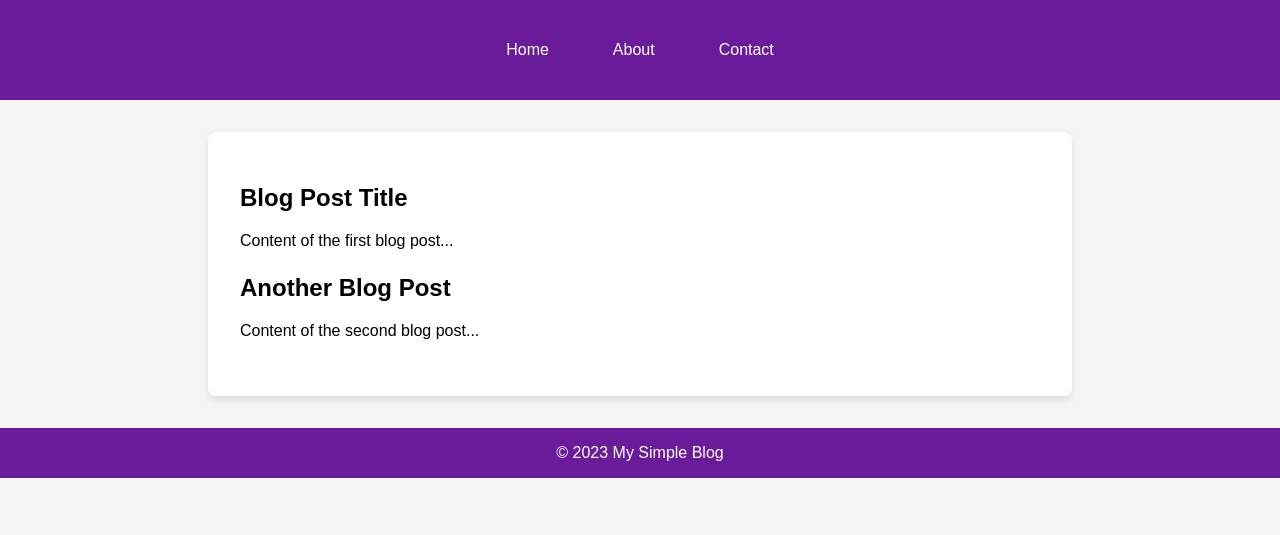
Repository: Femi007-gh/BLOG
Page: index.html
The author's editor kept a copy of each file at every save. The page is drawn from the files as they stood at one save, then again after a run of saves.
The browser window is 1280 px wide. The pictures show the whole page.

Above is the page before, as saved 2025-01-08 09:17:00.

### index.html
<html>
  <head>
    <title>My Blog</title>
    <link rel="stylesheet" href="style.css">
  </head>
  <body>
    <header>

    </header>
    <nav>
      <ul>
        <li><a href="#">Home</a></li>
        <li><a href="#">About</a></li>
        <li><a href="#">Contact</a></li>
      </ul>
    </nav>
    <div class="container">
      <div class="blog-post">
        <h2>Blog Post Title</h2>
        <p>Content of the first blog post...</p>
      </div>
      <div class="blog-post">
        <h2>Another Blog Post</h2>
        <p>Content of the second blog post...</p>
      </div>
    </div>
    <footer>
      &copy; 2023 My Simple Blog
    </footer>
  </body>
  </html>

### style.css
body {
  margin: 0;
  font-family: Arial, sans-serif;
  background-color: #f5f5f5;
}

nav {
  background-color: #6a1b9a;
  height: 100px;
  display: flex;
  flex-direction: column;
  justify-content: center;
  align-items: center;
  color: white;
}

ul {
  list-style: none;
  margin: 0;
  padding: 0;
  display: flex;
  justify-content: center;
}

li {
  margin: 0 1rem;
}

a {
  color: white;
  text-decoration: none;
  font-family: Arial, sans-serif;
  padding: 0.5rem 1rem;
  display: block;
}

a:hover {
  background-color: #4a148c;
  border-radius: 4px;
}

.container {
  margin: 2rem auto;
  max-width: 800px;
  background-color: white;
  border-radius: 8px;
  padding: 2rem;
  box-shadow: 0 4px 8px rgba(0, 0, 0, 0.1);
}

.blog-post {
  margin-bottom: 1.5rem;
}

footer {
  background-color: #6a1b9a;
  color: white;
  text-align: center;
  padding: 1rem 0;
  margin-top: 2rem;
}

After the next 4 saves:
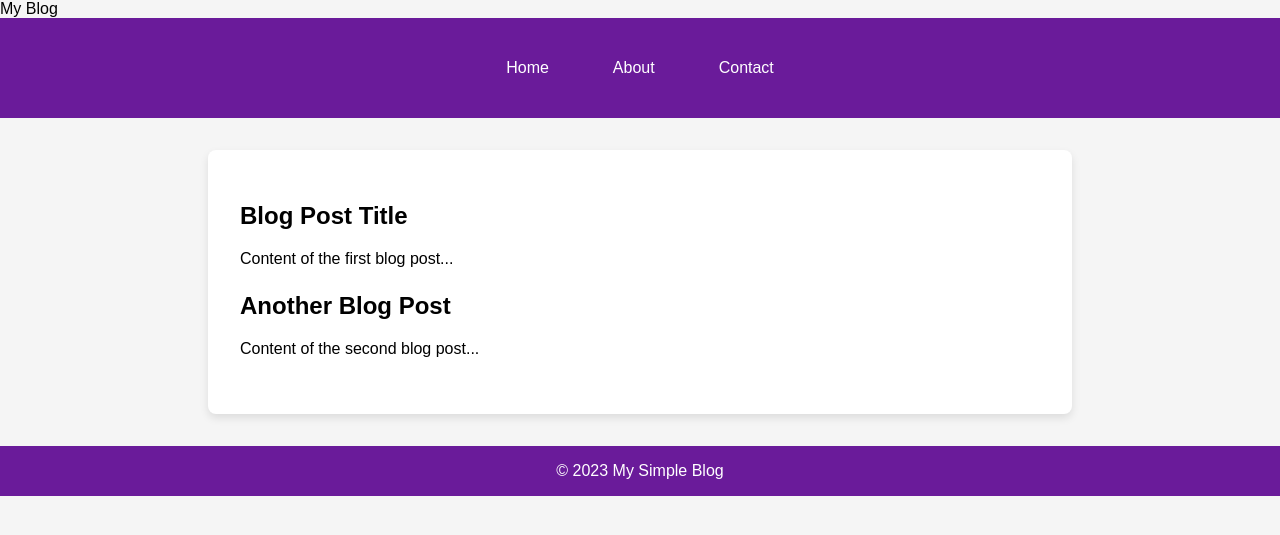
The 4 saves are shown as one change because they came seconds apart.
The last was saved 10 s later.
--- a/index.html
+++ b/index.html
@@ -4,9 +4,7 @@
     <link rel="stylesheet" href="style.css">
   </head>
   <body>
-    <header>
-
-    </header>
+    <header>My Blog</header>
     <nav>
       <ul>
         <li><a href="#">Home</a></li>
